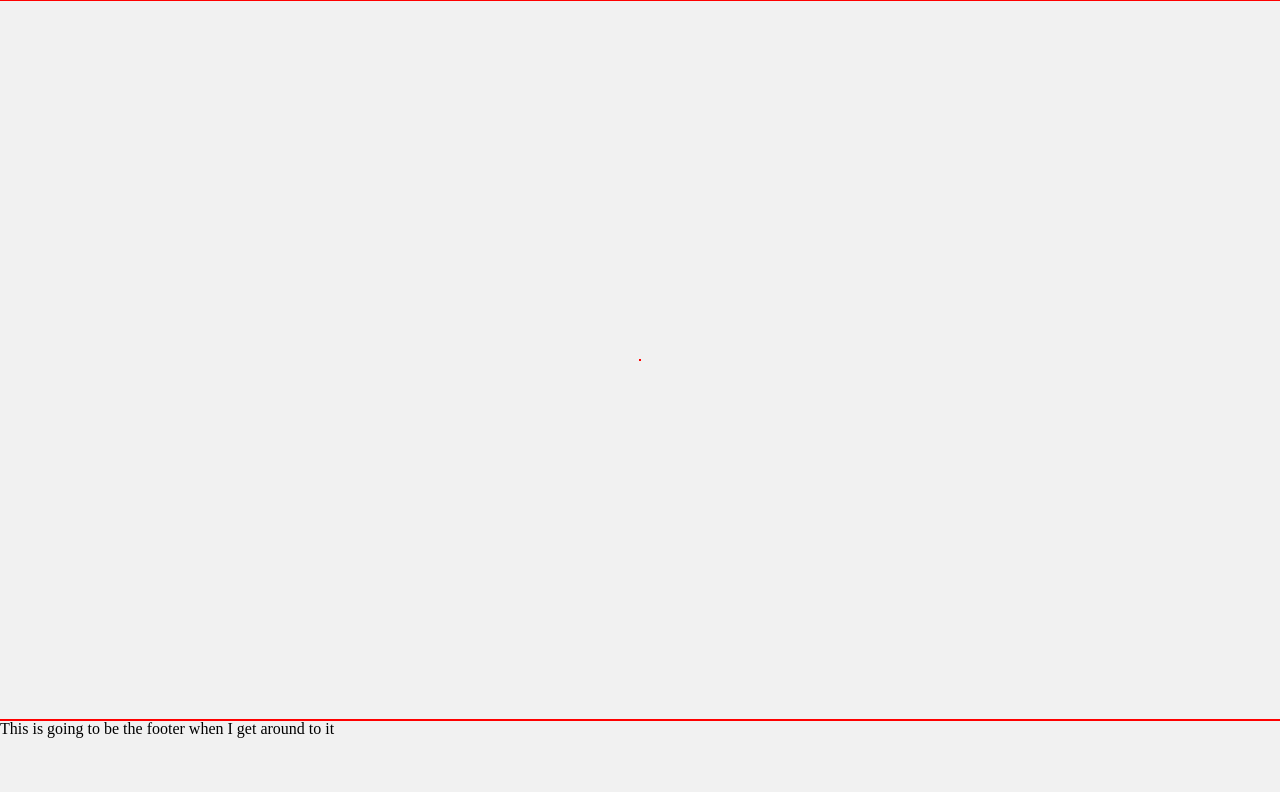
Repository: lynn-the-owl/lynnhtet
Page: index.html
The author's editor kept a copy of each file at every save. The page is drawn from the files as they stood at one save, then again after a run of saves.
The browser window is 1280 px wide. The pictures show the whole page.
Some web libraries are served in a nearby version.

Above is the page before, as saved 2023-10-09 23:52:24.

### index.html
<!DOCTYPE html>
<html lang="en">

<head>
    <meta charset="UTF-8">
    <meta name="viewport" content="width=device-width, initial-scale=1.0">
    <title>LHA's unfinished site</title>

    <link rel="stylesheet" href="style.css">
    <script defer src="app.js"></script>
    <script src="https://cdnjs.cloudflare.com/ajax/libs/gsap/3.12.2/gsap.min.js"></script>
    <script src="https://cdnjs.cloudflare.com/ajax/libs/gsap/3.12.2/ScrollTrigger.min.js"></script>
    <script src="https://cdnjs.cloudflare.com/ajax/libs/gsap/3.12.2/ScrollToPlugin.min.js"></script>
    <script src="https://cdnjs.cloudflare.com/ajax/libs/gsap/3.12.2/EasePack.min.js"></script>

</head>

<body>
    <div class="all">
        <div class"header">

        </div>
        <div class="landing">
            <div class="projects">

            </div>
        </div>

        <div class="foot">
            This is going to be the footer when I get around to it
        </div>
    </div>
</div>

</html>

### style.css
* {
    box-sizing: border-box;
    outline: 1px solid red !important;
}
/*
html {
    overflow-x: hidden;
} */

body {
    background-color: #f1f1f1;
    margin: 0;
    padding: 0;
    font-kerning: normal;
    font-weight: 300;
    /* overflow-x: hidden; */
}
p {
    padding: 0;
    margin: 0
}
.all {
    display: flex;
    flex-direction: column;
    z-index: 1;
}

.header {
    transform: translateY(-100%);
    height: auto;
    display: flex;
    opacity: 1;
    padding: 10px;
    z-index: 3000;
    background-color: pink;
}
.me {
    opacity: 1;
    flex-grow: 4;
}
.blogs {
    opacity: 1;
    flex-grow: 1;
}
.portfolio {
    opacity: 1;
    flex-grow: 1;
}
.book {
    opacity: 1;
    flex-grow: 1;
}





.landing {
    height: 100vh;
    display: flex;
    justify-content: center;
    align-items: center;
}
.hi {
    font-size: 3rem;
    font-family: 'Josefin Sans', sans-serif;
    font-weight: 700;
}
.lemme {
    transform: translate(10%);
}
.mouse{
    transform: translateX(40%);
    opacity: 0.7;
    display: flex;
    flex-direction: column;
    justify-content: center;
    align-items: center;
}



.myanmar {
    height: 100vh;
}
.location-wrap {
    display: flex;
    justify-content: center;
    align-items: center;
}
img {
    height:80vh;
    width: auto;
}
.values {
    transform: translateY(40%);
}






.alumni {
    height: 90vh;
    background-color: #5d81b3;
}
.liberty {
    height: 90%;
    position: absolute;
    right: 0;
    transform: translate(50%);
    z-index: 2;
}
.mylp-image {
    height: 90%;
    position: absolute;
    right: 0;
    transform: translate(50%);
    z-index: 1;
}
.mylp-overlay {
    height: 90%;
    position: absolute;
    right: 0;
    transform: translate(50%);
    z-index: 3
}
.transition-top {
    height: 10vh;
    background-image: linear-gradient(white, #5d81b3);
}
.alumni-text {
    height: 10vh;
    color: white;
    background-color: #5d81b3;
    text-align: center;
}


.artist {
    height: 50vh;
}
.skills {
    height: 70vh;
}
.aerospace {
    height: 70vh;
}
.foot {
    height: 10vh;
}

### app.js



//Landing section
gsap.from('.hi', {ease: "power4",duration: 1.5, opacity: 0, x: '-100%', delay: 0});
gsap.from('.lemme', {ease: "power4",duration: 1.5, opacity: 0, x: '-50%', delay: 0.5});
gsap.from('.mouse', {ease: "expo",duration: 2, opacity: 0, y: '150%', delay: 1.7, filter: blur()});


//Myanmar section
gsap.from('.map', {
    x: "-100%",
    opacity: 0,
    scrollTrigger: {
        trigger: '.map',
        // markers: true,
        scrub: 2,
        endTrigger: ".map",
        start: "top 70%",
        end: "top 50%"
    }
});
gsap.from('.from', {
    x: "100%",
    opacity: 0,
    delay: "3",
    scrollTrigger: {
        trigger: '.map',
        // markers: true,
        scrub: 2,
        endTrigger: ".map",
        start: "top 90%",
        end: "top 35%"
    }
});
gsap.from('.values', {
    x: "100%",
    opacity: 0,
    scrollTrigger: {
        trigger: '.from',
        // markers: true,
        scrub: 2,
        endTrigger: ".map",
        start: "bottom 70%",
        end: "top 10%"
    }
});


//MYLP section
gsap.from('.liberty', {
    x: "100%",
    opacity: 0,
    scrollTrigger: {
        trigger: '.transition-top',
        // markers: true,
        scrub: 2,
        start: "bottom 70%",
        end: "top 10%"
    }
});

After the next 2 saves:
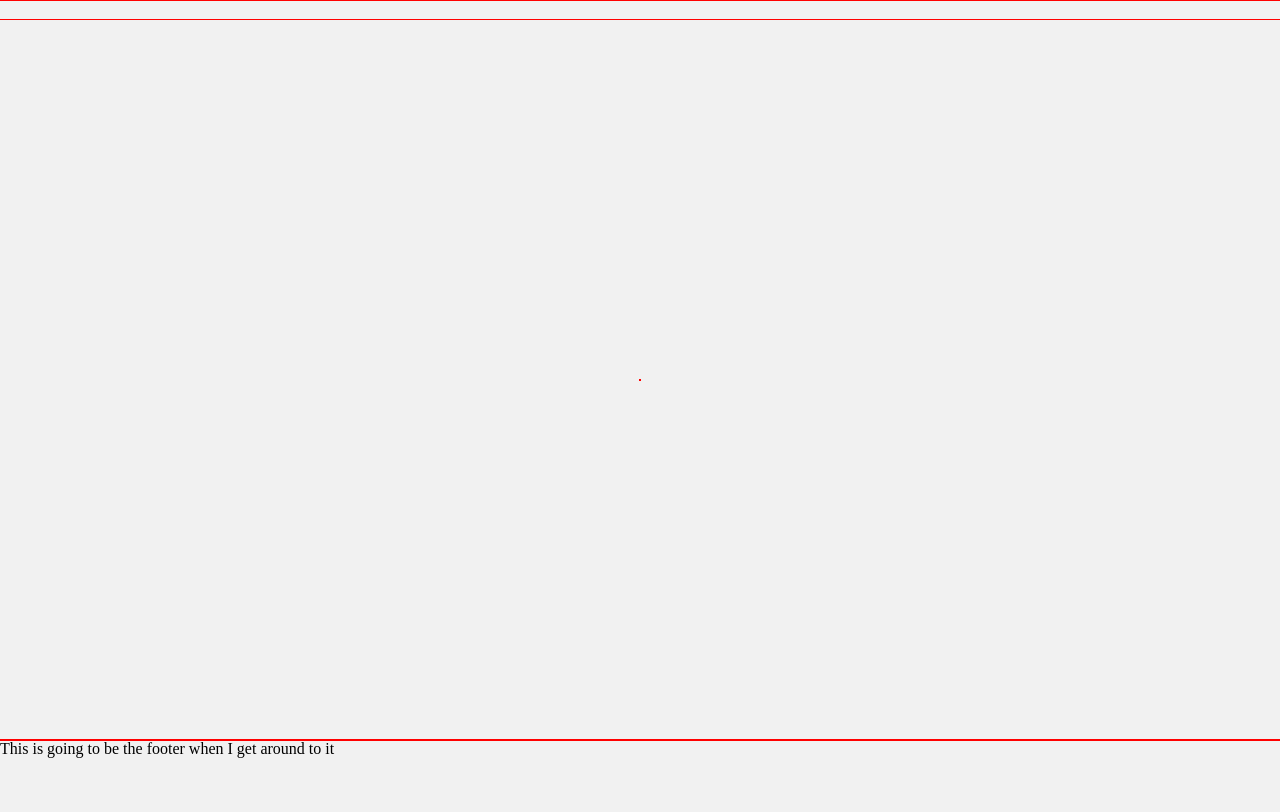
The 2 saves are shown as one change because they came seconds apart.
The last was saved 13 s later.
--- a/index.html
+++ b/index.html
@@ -17,7 +17,7 @@
 
 <body>
     <div class="all">
-        <div class"header">
+        <div class="header">
 
         </div>
         <div class="landing">
